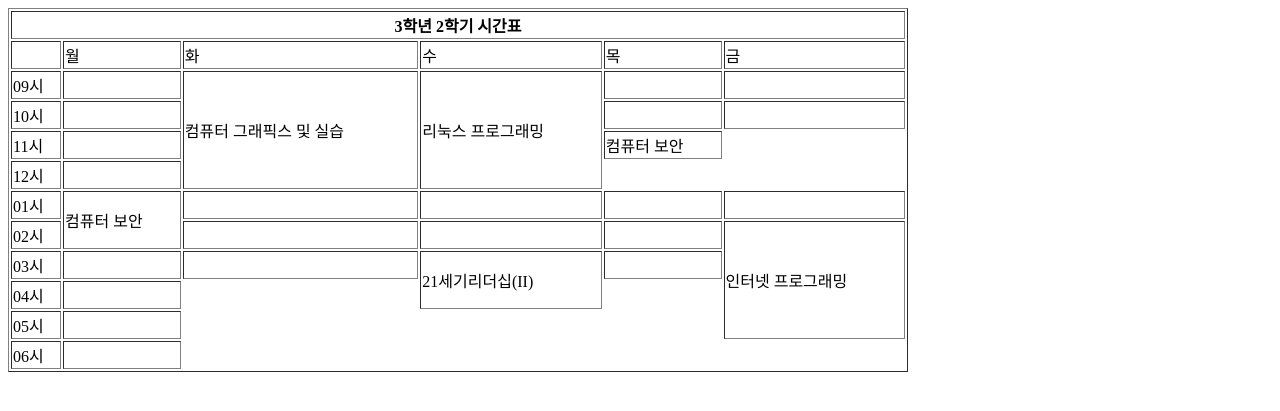
Repository: Cha-Ji/InternetProgramming
Page: week01/WebContent/hw04.html
These files come from the project's save history. The page is drawn as it stood at one moment and after the next save; the edit follows.
The browser window is 1280 px wide. The pictures show the whole page.

Above is the page before, as saved 2020-09-06 13:21:18.

### week01/WebContent/hw04.html
<!DOCTYPE html>
<html>
<head>
<meta charset="UTF-8">
<title>3-2 시간표</title>
</head>
<body>
	<table border="1" width ="900" >
	<th colspan = "6">3학년 2학기 시간표</th>
	<tr>
	    <td></td><td>월</td><td>화</td><td>수</td><td>목</td><td>금</td>
	</tr>
	<tr>
	    <td>09시</td>
	    <td></td>
	    <td rowspan = "4">컴퓨터 그래픽스 및 실습</td>
	    <td rowspan = "4">리눅스 프로그래밍</td>
	    <td></td>
	    <td></td>
	</tr>
	<tr>
	    <td>10시</td>
	    <td></td>
	    <td></td>
	    <td></td>

	</tr>
	<tr>
	    <td>11시</td>
	    <td></td>
	    <td>컴퓨터 보안</td>
	</tr>
		<tr>
	    <td>12시</td>
	    <td></td>
	</tr>
	<tr>
	    <td>01시</td>
	    <td rowspan = "2">컴퓨터 보안</td>
	    <td></td>
	    <td></td>
	    <td></td>
	    <td></td>
	</tr>
	<tr>
	    <td>02시</td>
	    <td></td>
	    <td></td>
	    <td></td>
	    <td rowspan = "4">인터넷 프로그래밍</td>
	</tr>
		<tr>
	    <td>03시</td>
	    <td></td>
	    <td></td>
	    <td rowspan = "2">21세기리더십(II)</td>
	    <td></td>
	</tr>
		<tr>
	    <td>04시</td>
	    <td></td>
	</tr>
	<tr>
	    <td>05시</td>
	    <td></td>
	</tr>
	<tr>
	    <td>06시</td>
	    <td></td>
	</tr>
    </table>
</body>
</html>

After the next save:
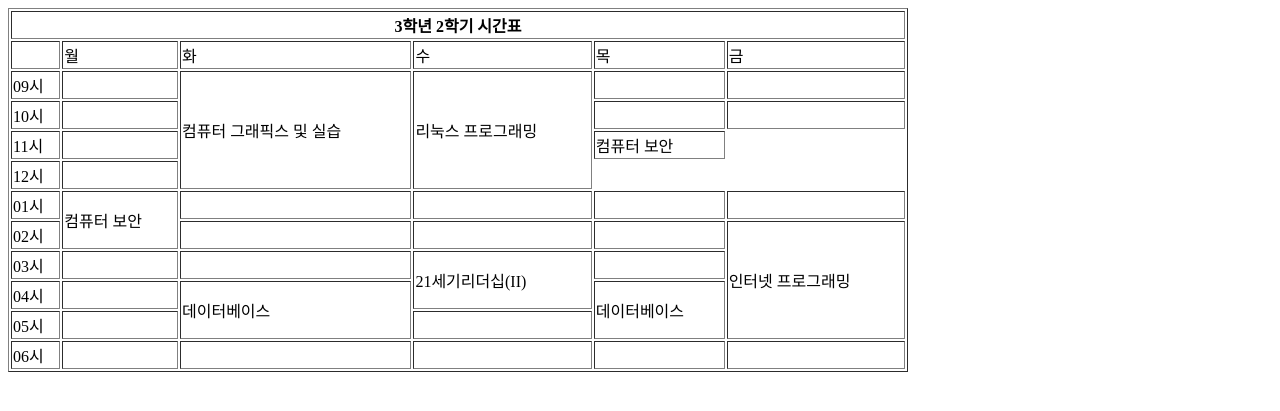
Saved 59 s later.
--- a/week01/WebContent/hw04.html
+++ b/week01/WebContent/hw04.html
@@ -59,14 +59,21 @@
 		<tr>
 	    <td>04시</td>
 	    <td></td>
+	    <td rowspan = "2">데이터베이스</td>
+	    <td rowspan = "2">데이터베이스</td>
 	</tr>
 	<tr>
 	    <td>05시</td>
+	    <td></td>
 	    <td></td>
 	</tr>
 	<tr>
 	    <td>06시</td>
 	    <td></td>
+	    <td></td>
+	    <td></td>
+	    <td></td>
+	    <td></td>
 	</tr>
     </table>
 </body>
